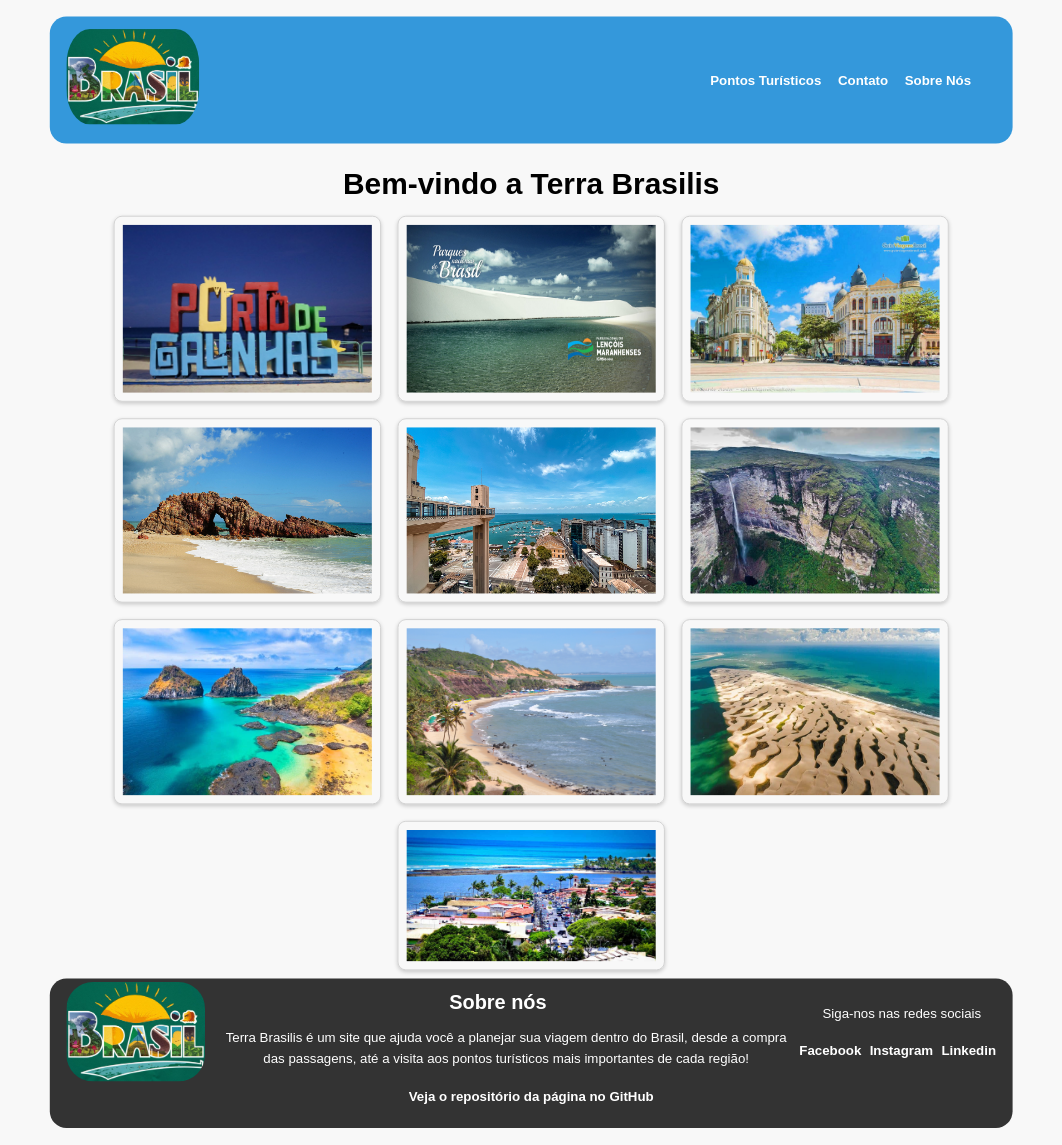
Repository: rodrigototy/ETE-PE
Page: tourism-agency/index.html
An editor plug-in stored every save of this project. The page is shown before and after the next save, followed by the edit.
The browser window is 1280 px wide. The pictures show the whole page, at 83% of full size.

Above is the page before, as saved 2024-04-04 20:57:22.

### tourism-agency/index.html
<!DOCTYPE html>
<html lang="pt-BR">
  <head>
    <meta charset="UTF-8" />
    <meta name="viewport" content="width=device-width, initial-scale=1.0" />
    <link
      rel="shortcut icon"
      href="static/img/favicon.ico"
      type="image/x-icon"
    />
    <link rel="stylesheet" href="static/css/module-cards.css" />
    <title>Pontos Turísticos no Nordeste</title>
    <script src="static/js/main.js" defer></script>
  </head>
  <body>
    <div id="header"></div>
    <main>
      <div class="subtitle">
        <h1>Bem-vindo a Terra Brasilis</h1>
      </div>
      <div class="cards">
        <div class="card">
          <img
            src="static/img/porto-de-galinhas.jpg"
            alt="Praia de Porto de Galinhas"
          />
        </div>

        <div class="card">
          <img
            src="static/img/parque_lencois.jpg"
            alt="Parque Nacional dos Lençóis Maranhenses"
          />
        </div>

        <div class="card">
          <img src="static/img/recife-antigo.jpg" alt="Recife Antigo" />
        </div>

        <div class="card">
          <img
            src="static/img/praia-jericoacoara.jpeg"
            alt="Praia de Jericoacoara"
          />
        </div>

        <div class="card">
          <img
            src="static/img/centro-salvador.jpg"
            alt="Centro Histórico de Salvador"
          />
        </div>

        <div class="card">
          <img
            src="static/img/chapada-diamantina.jpg"
            alt="Chapada Diamantina"
          />
        </div>

        <div class="card">
          <img
            src="static/img/fernando-de-noronha.jpg"
            alt="Fernando de Noronha"
          />
        </div>

        <div class="card">
          <img src="static/img/praia-de-pipa.jpg" alt="Praia de Pipa" />
        </div>

        <div class="card">
          <img src="static/img/delta-do-parnaíba.jpg" alt="Delta do Parnaíba" />
        </div>

        <div class="card">
          <img src="static/img/porto-seguro.jpg" alt="Porto Seguro" />
        </div>
      </div>
    </main>
    <div id="footer"></div>
  </body>
</html>

### tourism-agency/static/css/module-cards.css
/* module-cards.css */

@import url("module-reset.css");
@import url("style.css");

main {
  display: flex;
  flex-direction: column;
}

.cards {
    display: flex;
    justify-content: center;
    flex-wrap: wrap;
}

### tourism-agency/static/js/main.js
document.addEventListener("DOMContentLoaded", function () {
  const header = document.getElementById("header");
  const footer = document.getElementById("footer");

  // Carrega o header
  fetch("static/templates/main/header.html")
    .then((response) => response.text())
    .then((data) => {
      header.innerHTML = data;
    });

  // Carrega o footer
  fetch("static/templates/main/footer.html")
    .then((response) => response.text())
    .then((data) => {
      footer.innerHTML = data;
    });
});

### tourism-agency/static/css/module-reset.css
/* module-reset.css */

/* Reset de estilos padrão */
* {
    margin: 0;
    padding: 0;
    box-sizing: border-box;
  }

### tourism-agency/static/css/style.css
/* style.css */

/* Reset de estilos padrão */
@import url('module-reset.css');

/* Estilos globais */
body {
  font-family: Arial, sans-serif;
  background-color: #f8f8f8;
  line-height: 1.6;
  margin: 0;
  max-width: 1200px;
  margin: 0 auto;
  padding: 20px;
}

header img {
  max-width: 100%;
  height: auto;
  padding: 5px 20px;
  border-radius: 3rem;
}

/* Estilizar o header */
header {
  background-color: #3498db;
  color: #fff;
  padding: 10px 0;
  display: flex;
  justify-content: space-between;
  align-items: center;
  border-radius: 20px;
}

nav {
  display: flex;
  justify-content: flex-end;
  align-items: center;
  padding: 10px 50px;
}

nav ul {
  list-style: none;
  display: flex;
}

nav li {
  margin-left: 20px;
}

nav a {
  text-decoration: none;
  color: #fff;
  font-weight: bold;
}

/* Estilizar o h1 do main */
main h1 {
  font-size: 36px;
  margin: 20px 0 0 0;
  text-align: center;
}

/* Estilizar os cards */
.card {
  display: flex;
  border: 1px solid #ccc;
  padding: 10px;
  margin: 10px;
  box-shadow: 0 2px 5px rgba(0, 0, 0, 0.2);
  border-radius: 10px;
}

.card img {
  max-width: 300px;
  height: auto;
}

.texto {
  display: flex;
  flex-direction: column;
  align-content: flex-start;
  padding-left: 10px;
}

/* Estilizar o footer */
footer {
  background-color: #333;
  color: #fff;
  text-align: center;
  padding: 0px 20px;
  border-radius: 20px;
}

footer h2 {
  margin: 10px;
}

footer p {
  margin: 0px 0px 20px 20px;
}

footer a {
  text-decoration: none;
  color: #fff;
  font-weight: bold;
}

/* Estilizar o footer ul */
footer ul {
  list-style: none;
  display: flex;
  justify-content: flex-end;
}

footer li {
  margin-left: 10px;
}

.about {
  display: flex;
  align-items: center;
}

.about img {
  border-radius: 2rem;
}

### tourism-agency/static/templates/main/header.html
<header>
  <a href="index.html">
    <img
      src="static/img/logo-agency.png"
      alt="Logotipo Terra Brasilis"
      width="200"
    />
  </a>
  <nav>
    <ul>
      <li><a href="pages/pontos_turisticos.html">Pontos Turísticos</a></li>
      <li><a href="pages/contato.html">Contato</a></li>
      <li><a href="pages/about.html">Sobre Nós</a></li>
    </ul>
  </nav>
</header>

### tourism-agency/static/templates/main/footer.html

<footer>
    <div class="about">
      <img src="static/img/logo-agency.png" alt="Logotipo Terra Brasilis" height="120"/>
      <div>
        <h2>Sobre nós</h2>
        <p>
          Terra Brasilis é um site que ajuda você a planejar sua viagem dentro
          do Brasil, desde a compra das passagens, até a visita aos pontos
          turísticos mais importantes de cada região!
        </p>
      </div>
      <div class="redes">
        <p>Siga-nos nas redes sociais</p>
      <ul>
        <li><a href="https://facebook.com">Facebook</a></li>
        <li><a href="https://instagram.com">Instagram</a></li>
        <li><a href="https://linkedin.com">Linkedin</a></li>
      </ul></div>
    </div>
    <a class="repository"
      href="https://github.com/rodrigototy/ETE-PE/tree/main/tourism-agency"
      >Veja o repositório da página no GitHub</a
    ><br /><br />
  </footer>

After the next save:
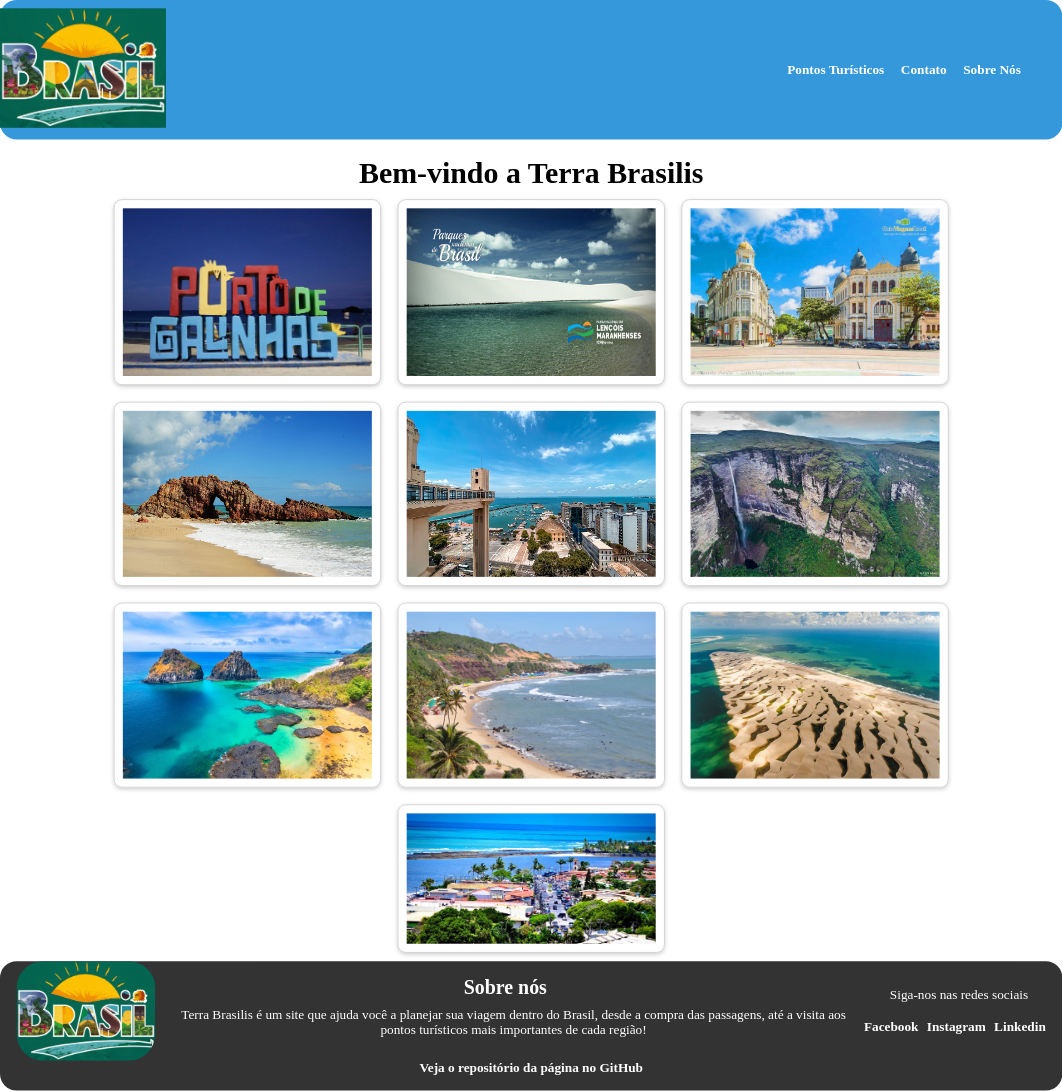
Saved 23 s later.
--- a/tourism-agency/static/css/style.css
+++ b/tourism-agency/static/css/style.css
@@ -4,22 +4,6 @@
 @import url('module-reset.css');
 
 /* Estilos globais */
-body {
-  font-family: Arial, sans-serif;
-  background-color: #f8f8f8;
-  line-height: 1.6;
-  margin: 0;
-  max-width: 1200px;
-  margin: 0 auto;
-  padding: 20px;
-}
-
-header img {
-  max-width: 100%;
-  height: auto;
-  padding: 5px 20px;
-  border-radius: 3rem;
-}
 
 /* Estilizar o header */
 header {
